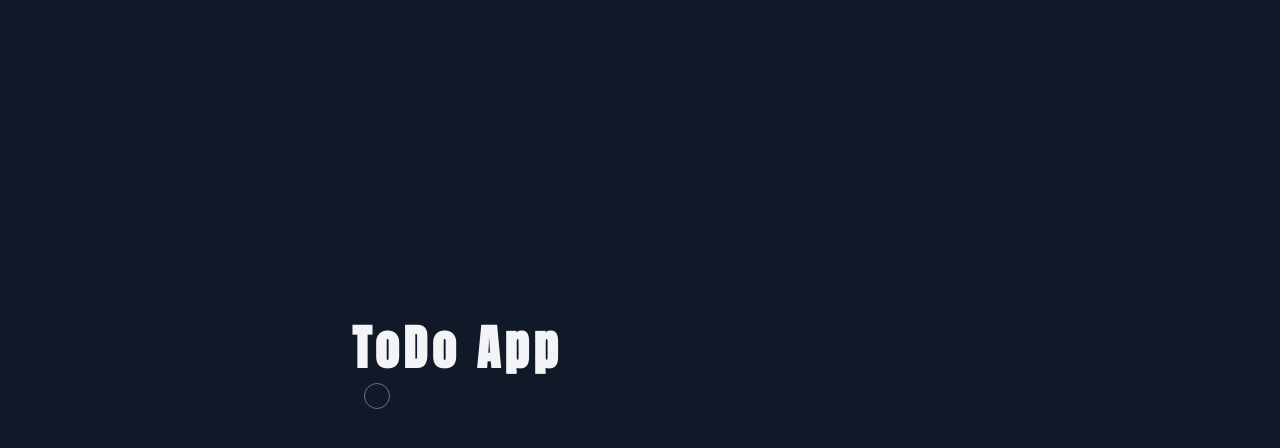
Repository: mvbri/app-todo-fullstack
Page: /
The author's editor kept a copy of each file at every save. The page is drawn from the files as they stood at one save, then again after the next save.
The browser window is 1280 px wide. The pictures show the whole page.
The project was rebuilt for these pictures with package versions that can differ from the ones it lists, and the page was loaded fresh each time. Also part of the build but not shown: src/App.css.

Above is the page before, as saved 2023-04-09 12:26:36.

After the next save:
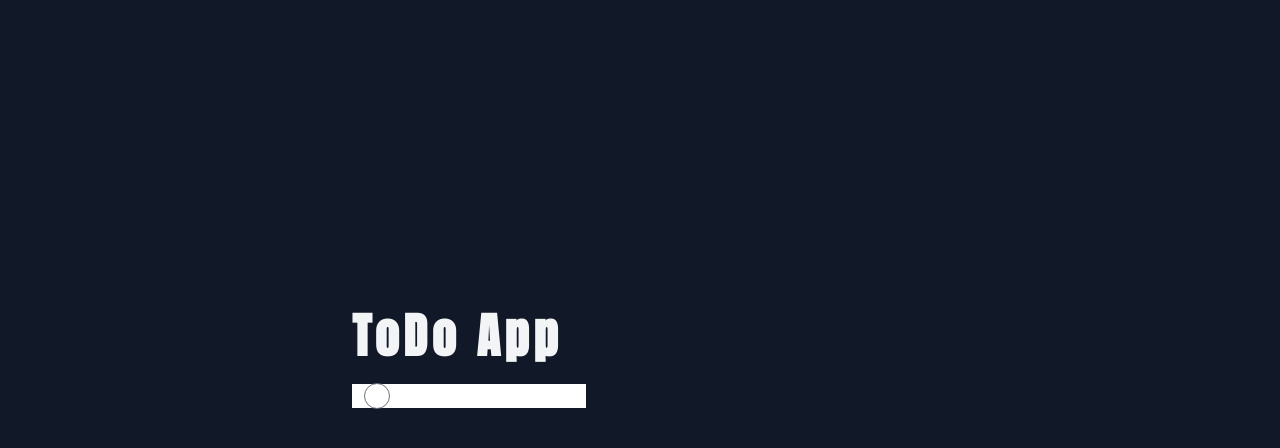
Saved 2 min 35 s later.
--- a/src/components/TodoInput.js
+++ b/src/components/TodoInput.js
@@ -6,6 +6,7 @@ function TodoInput() {
 			<div className='absolute inset-y-0 left-0 pl-3 flex items-center pointer-events-none'>
 				<span className='border border-gray-500 border-solid p-3 rounded-full'></span>
 			</div>
+			<input type='text' className='focus:shadow-lg font-inter'></input>
 		</div>
 	);
 }
